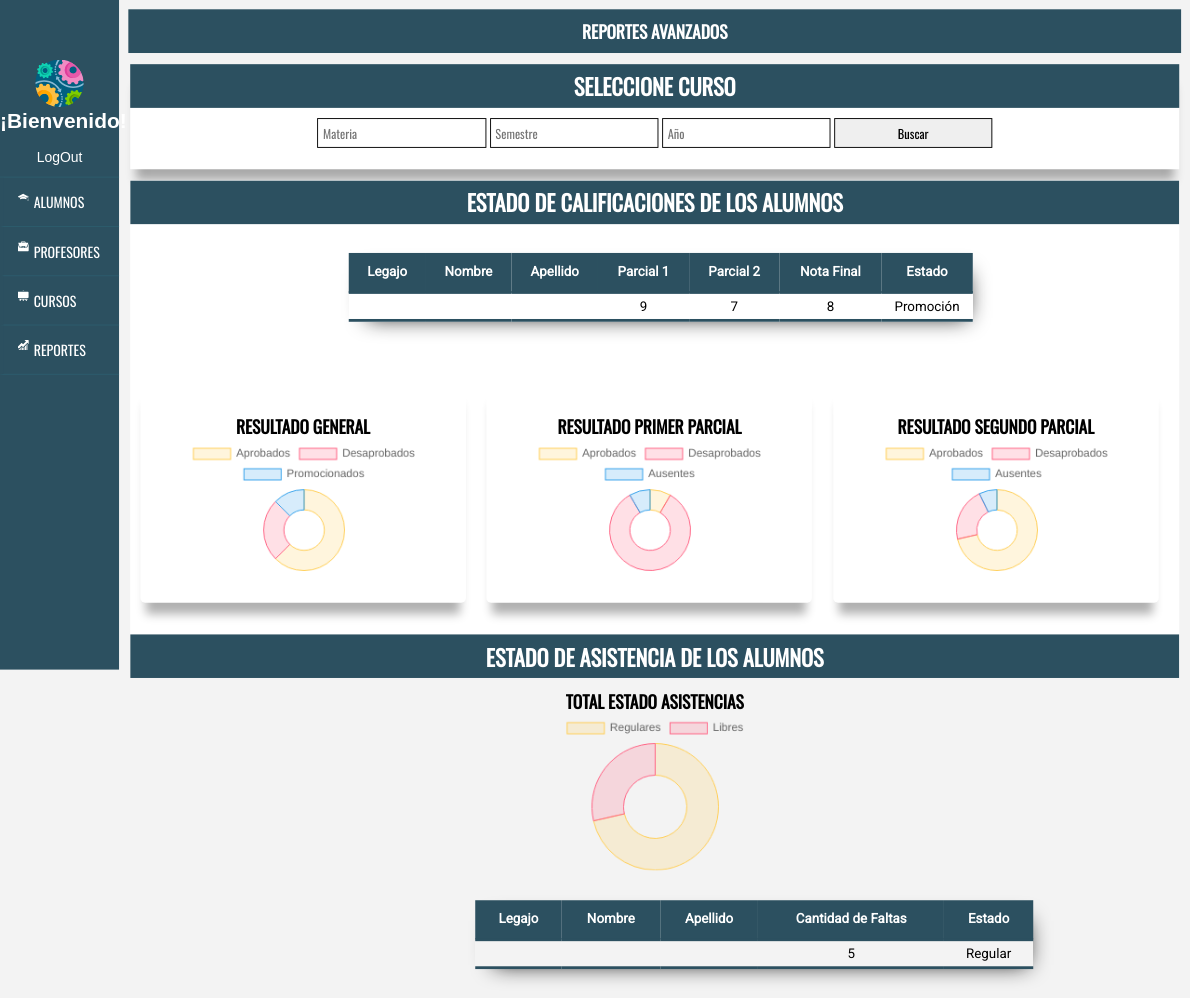
Repository: AlejandraBarrachina23/TPIntegrador_Barrachina_Java
Page: http://localhost/Alejandra_Barrachina_TP_Integrador1/reportes-avanzados.jsp
An editor plug-in stored every save of this project. The page is shown before and after the next save, followed by the edit.
The browser window is 1280 px wide. The pictures show the whole page, at 93% of full size.
Some web fonts or font styles are not loaded; a fallback is used. Some web libraries are served in a nearby version. The page is served by Tomcat 9. Nobody is signed in. The application's start-up code is not run. The template is opened directly, without the code that normally fills it, so the values that code supplies are empty.

Above is the page before, as saved 2019-12-13 03:40:50.

After the next save:
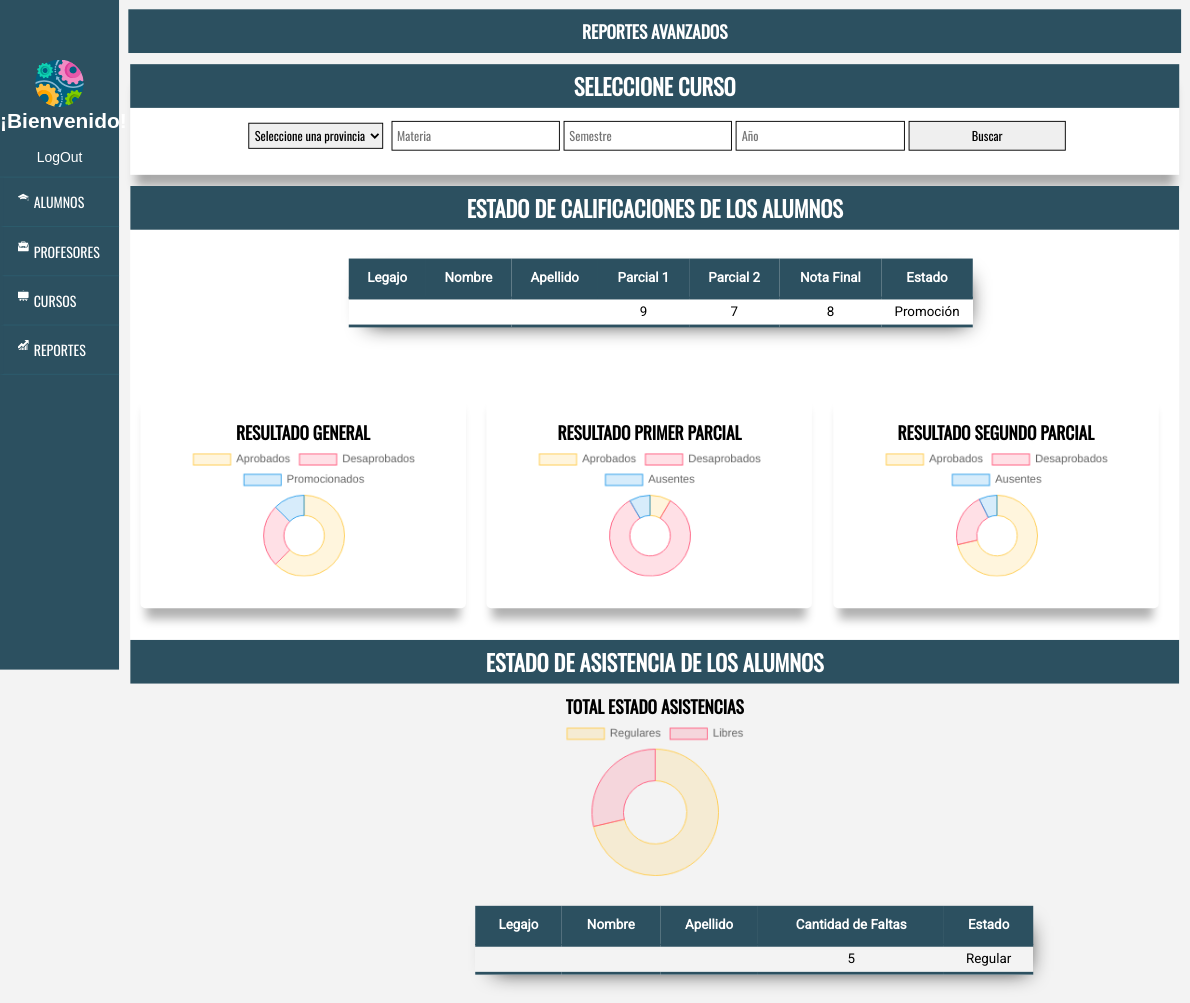
Saved 2 min 6 s later.
--- a/Alejandra_Barrachina_TP_Integrador1/WebContent/reportes-avanzados.jsp
+++ b/Alejandra_Barrachina_TP_Integrador1/WebContent/reportes-avanzados.jsp
@@ -37,6 +37,10 @@
 	<div id="form-reportes-avanzados">
 			<div class="busqueda-califaciones">
 				<h2>SELECCIONE CURSO</h2>
+				<select name="cboxProvincias" id="cboxProvincias" required>
+							<option disabled selected>Seleccione una provincia</option>
+
+				</select>
 				<input type="text" placeholder="Materia">
 				<input type="text" placeholder="Semestre">
 				<input type="number" placeholder="Año">
